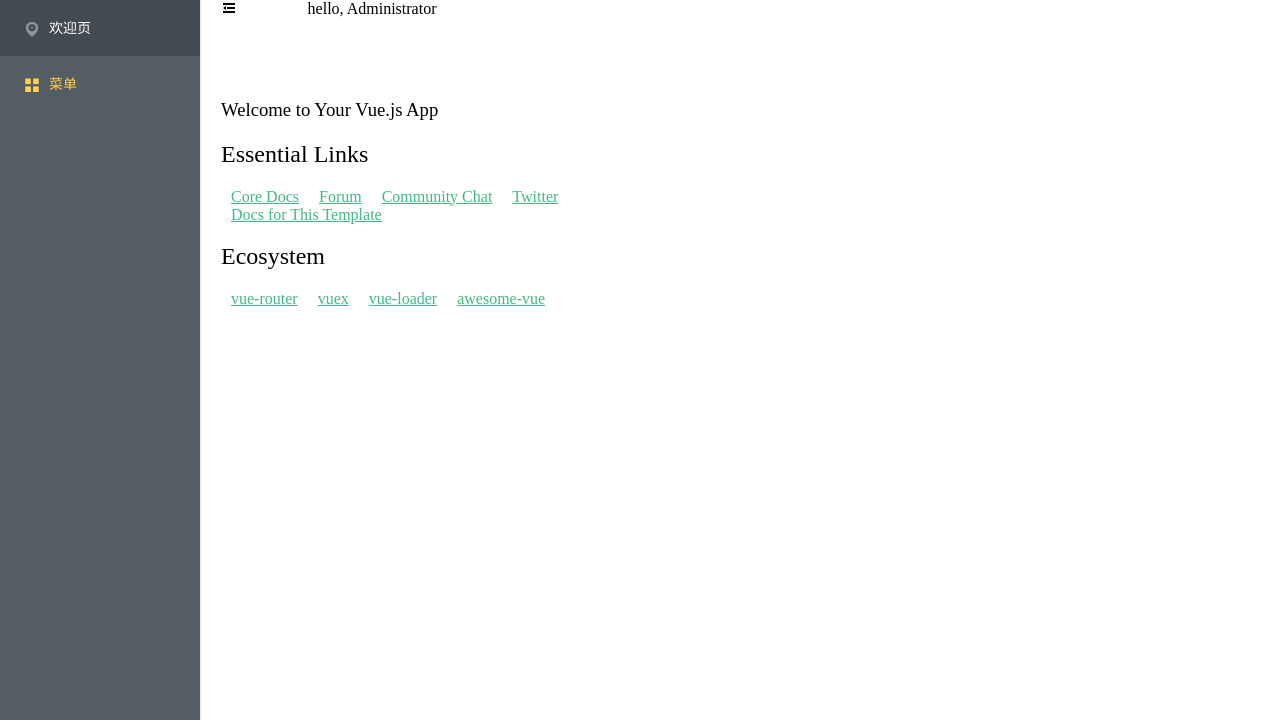
Repository: qianxuebing/admin
Page: /HelloWorld
These files come from the project's save history. The page is drawn as it stood at one moment and after the next save; the edit follows.
The browser window is 1280 px wide. The pictures show the whole page.
The project was rebuilt for these pictures with package versions that can differ from the ones it lists, and the page was loaded fresh each time. Imported but missing from the stored project, and not drawn on this page: src/views/home/Home.

Above is the page before, as saved 2019-12-09 15:23:29.

After the next save:
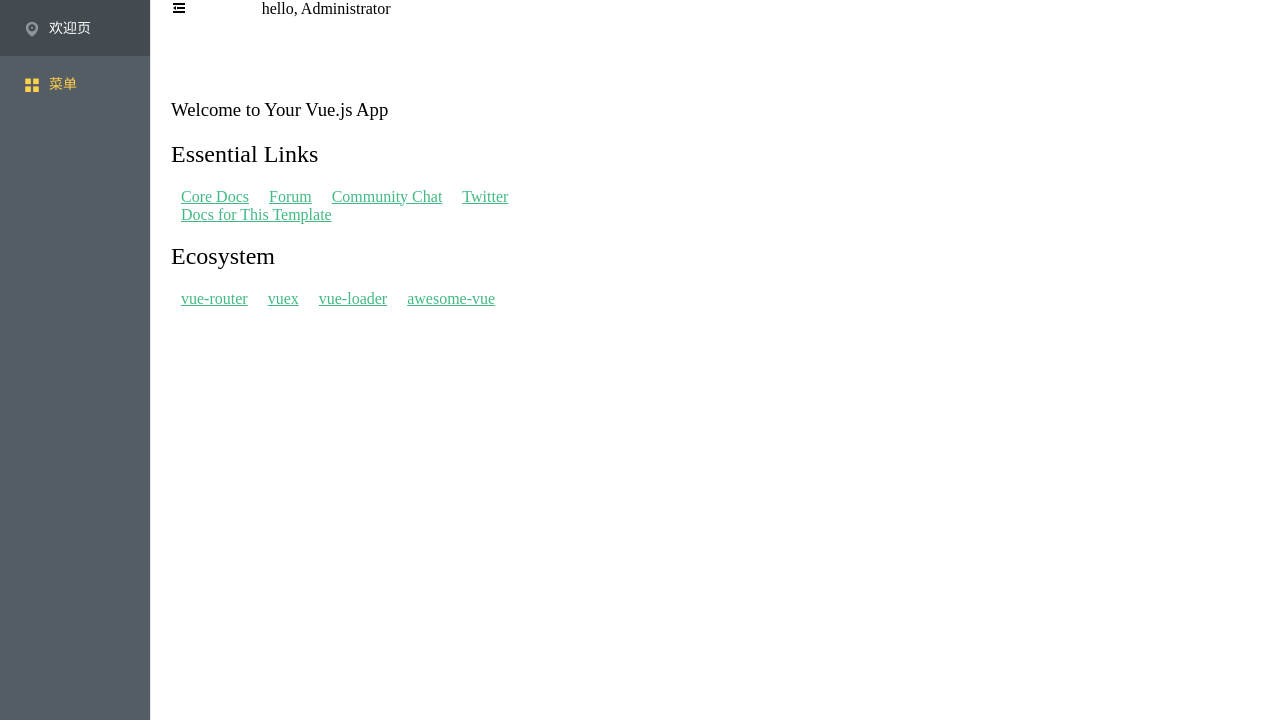
Saved 25 s later.
--- a/src/components/SideBar.vue
+++ b/src/components/SideBar.vue
@@ -33,6 +33,6 @@ export default {
     overflow: auto;
   }
   .el-menu-vertical-demo:not(.el-menu--collapse) {
-    width: 200px;
+    width: 150px;
   }
 </style>
